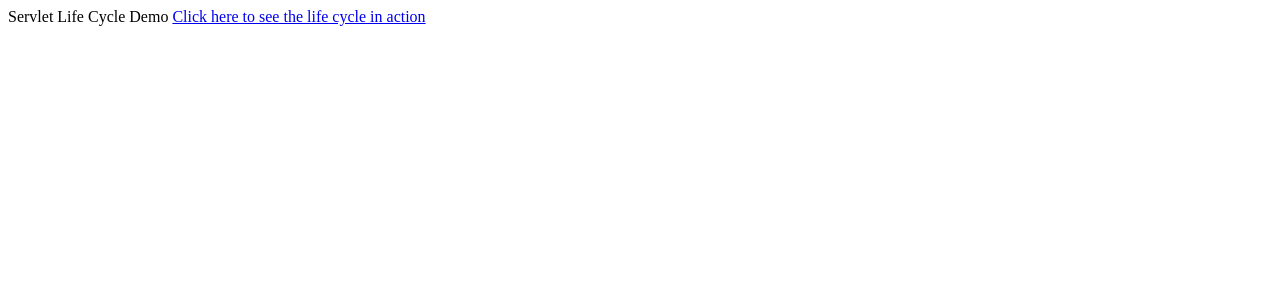
Repository: ashokwork1/slma
Page: ServletDemoWithWebXML/WebContent/index.html
The author's editor kept a copy of each file at every save. The page is drawn from the files as they stood at one save, then again after the next save.
The browser window is 1280 px wide. The pictures show the whole page.

Above is the page before, as saved 2023-05-24 10:06:02.

### ServletDemoWithWebXML/WebContent/index.html

Servlet Life Cycle Demo
<a href="life-cycle"> Click here to see the life cycle in action</a>

<br>
<br>

After the next save:
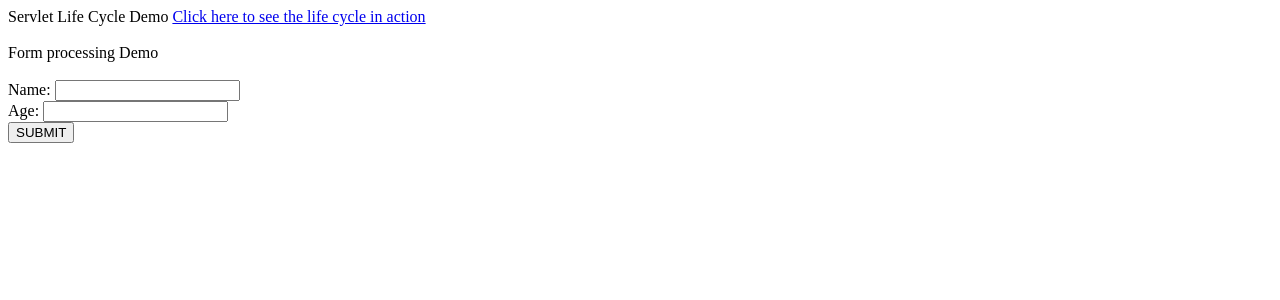
Saved 3 min 12 s later.
--- a/ServletDemoWithWebXML/WebContent/index.html
+++ b/ServletDemoWithWebXML/WebContent/index.html
@@ -4,3 +4,10 @@ Servlet Life Cycle Demo
 
 <br>
 <br>
+
+Form processing Demo
+<form method=POST  action="life-cycle">
+<br>Name: <input name="name">
+<br>Age: <input name="age">
+<br> <input type="submit" value="SUBMIT">
+</form>
